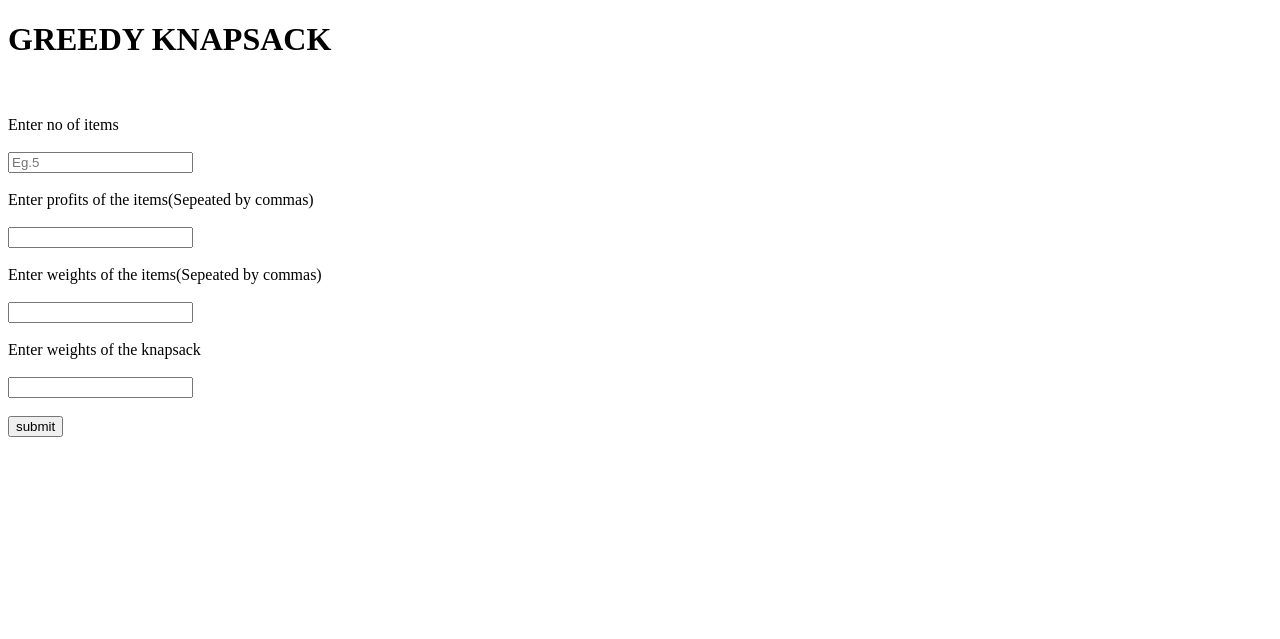
Repository: vinaybabu3962/ALGORITHMIC-TOOLBOX
Page: DAA_WT/webapp/KnapSackDP.html
An editor plug-in stored every save of this project. The page is shown before and after the next save, followed by the edit.
The browser window is 1280 px wide. The pictures show the whole page.
Some web libraries are served in a nearby version.

Above is the page before, as saved 2021-07-03 18:43:40.

### DAA_WT/webapp/KnapSackDP.html
<!DOCTYPE html>
<html>
<head>
<meta charset="ISO-8859-1">
<title>GREEDY KNAPSACK</title>
</head>
<body>
<h1> GREEDY KNAPSACK</h1>
<br><br>
<form action="greedy" method="post" >
Enter no of items<br><br><input  type="number" placeholder="Eg.5" name="count" >
<br><br>
Enter profits of the items(Sepeated by commas)<br><br>
<input type="text" name="profits" ><br><br>
Enter weights of the items(Sepeated by commas)<br><br>
<input type="text" name="weights" >
<br><br>
Enter weights of the knapsack<br><br>
<input type="text" name="weight" >
<br><br>
<input type="submit" value="submit" ><br><br>
</form>
</body>
</html>

After the next save:
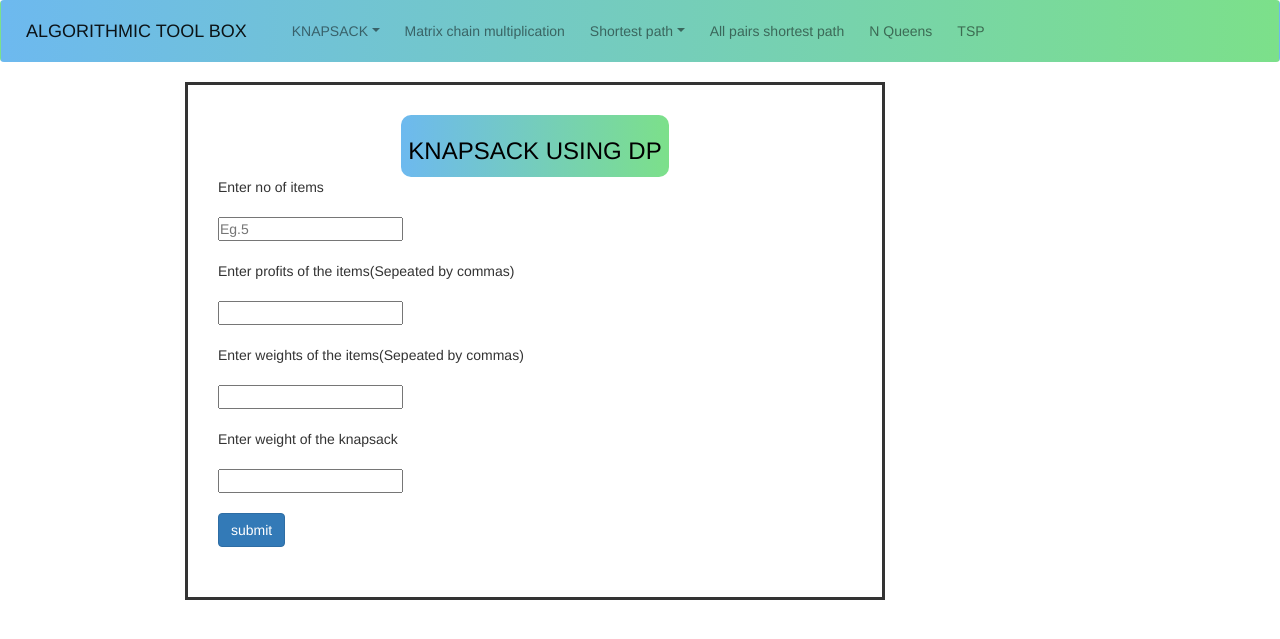
Saved 12 s later.
--- a/DAA_WT/webapp/KnapSackDP.html
+++ b/DAA_WT/webapp/KnapSackDP.html
@@ -3,11 +3,87 @@
 <head>
 <meta charset="ISO-8859-1">
 <title>GREEDY KNAPSACK</title>
+<link rel="stylesheet" href="https://cdn.jsdelivr.net/npm/bootstrap@4.6.0/dist/css/bootstrap.min.css">
+<script src="https://code.jquery.com/jquery-3.5.1.min.js"></script>
+<script src="https://cdn.jsdelivr.net/npm/bootstrap@4.6.0/dist/js/bootstrap.bundle.min.js"></script>
+<script src="//ajax.googleapis.com/ajax/libs/jquery/1.11.0/jquery.min.js"></script>
+<script src="//netdna.bootstrapcdn.com/bootstrap/3.1.1/js/bootstrap.min.js"></script>
+<link rel="stylesheet" type="text/css" href="//netdna.bootstrapcdn.com/bootstrap/3.1.1/css/bootstrap.min.css">
+<style>
+	*{
+		margin: 0px;
+		padding:0px;
+	}
+	.nav-item{
+	margin-right:15px;
+	}
+    .abcd{
+    background-image: linear-gradient(to right, #6db9ef, #7ce08a);
+    }
+    .form-class {
+	position:relative;
+	left:100px;
+	width:700px;
+	padding:30px;
+	text-align:"center";
+	border:solid;
+	}
+</style>
 </head>
 <body>
-<h1> GREEDY KNAPSACK</h1>
-<br><br>
-<form action="greedy" method="post" >
+<div class="bs-example">
+    <nav class="navbar navbar-expand-md navbar-light bg-light abcd">
+        <a href="index.html" class="navbar-brand">ALGORITHMIC TOOL BOX</a>
+        <button type="button" class="navbar-toggler" data-toggle="collapse" data-target="#navbarCollapse">
+            <span class="navbar-toggler-icon"></span>
+        </button>
+        <div id="navbarCollapse" class="collapse navbar-collapse">
+            <ul class="nav navbar-nav">
+
+
+                <li class="nav-item dropdown">
+                    <a href="#" class="nav-link dropdown-toggle" data-toggle="dropdown">KNAPSACK</a>
+                    <div class="dropdown-menu">
+                    	<a href="GreedyKnapsack.html" class="dropdown-item">Greedy Knapsack</a>
+  						<a href="KnapSackDP.html" class="dropdown-item">Knapsack using DP</a>
+
+                    </div>
+                </li>
+                <li class="nav-item">
+                  <a href="MatrixChainMultiplication.html" class="nav-link">Matrix chain multiplication</a>
+
+                </li>
+                <li class="nav-item dropdown">
+                    <a href="#" class="nav-link dropdown-toggle" data-toggle="dropdown">Shortest path</a>
+                    <div class="dropdown-menu">
+                     	<a href="Dijkstras.html" class="dropdown-item">Dijkstras shortest path</a>
+  						<a href="BellmanFord.html" class="dropdown-item">Bellman Ford Algorithm</a>
+
+                    </div>
+                </li>
+                 <li class="nav-item">
+
+                  <a href="FloydWarshall.html" class="nav-link">All pairs shortest path</a>
+                </li>
+                <li class="nav-item">
+
+                  <a href="NQueens.html" class="nav-link">N Queens </a>
+                </li>
+                <li class="nav-item">
+
+                  <a href="Tsp.html" class="nav-link">TSP</a>
+                </li>
+            </ul>
+
+        </div>
+    </nav>
+</div>
+<div class="container">
+<div class="form-class">
+<center>
+<span style="background-image:linear-gradient(to right, #6db9ef, #7ce08a);color:black;" class="badge badge-pill badge-success"><h3>KNAPSACK USING DP</h3>
+</span></center>
+<form action="dpknapsack" method="post" >
 Enter no of items<br><br><input  type="number" placeholder="Eg.5" name="count" >
 <br><br>
 Enter profits of the items(Sepeated by commas)<br><br>
@@ -15,10 +91,12 @@ Enter profits of the items(Sepeated by commas)<br><br>
 Enter weights of the items(Sepeated by commas)<br><br>
 <input type="text" name="weights" >
 <br><br>
-Enter weights of the knapsack<br><br>
+Enter weight of the knapsack<br><br>
 <input type="text" name="weight" >
 <br><br>
-<input type="submit" value="submit" ><br><br>
+<input type="submit" class="btn btn-primary" value="submit" ><br><br>
 </form>
+</div>
+</div>
 </body>
 </html>
